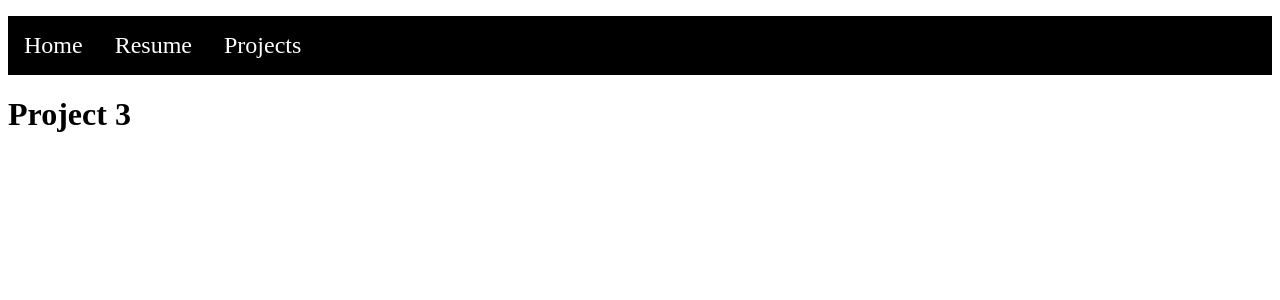
Repository: Artlepop/Artlepop.github.io
Page: project3.html
The author's editor kept a record of every edit. The page is drawn from the files as they stood at one moment, then again after the next edit.
The browser window is 1280 px wide. The pictures show the whole page.

Above is the page before.

### project3.html
<!DOCTYPE html>
<html>
  <head>
  <title>Home</title>
  <link rel="stylesheet" type="text/css" href="style.css">
  </head>
  <body>
    <ul class="navbar">
      <li><a href="index.html">Home</a></li>
      <li><a href="resume.html">Resume</a></li>
      <li class = "dropdown">
        <div>Projects</div>
        <ul class="dropdown-content">
          <li><a href="project1.html">Project 1</a></li>
          <li><a href="project2.html">Project 2</a></li>
          <li  class = "active"><a href="project3.html">Project 3</a></li>
        </ul>
      </li>
    </ul>
    <h1>Project 3</h1>
  </body>
</html>

### style.css
    .navbar{
      list-style: none;
      background-color: black;
      overflow: hidden;
      padding: 0;
    }

    .navbar a, .dropdown div{
      text-decoration: none;
      color: white;
      font-size: 24px;
      padding: 16px;
      display: inline-block;
    }

    .navbar li{
      float: left;
    }

    .navbar li:hover{
      background-color: purple;
    }

    a:Hover, div:Hover{
        color: black;
    }

    .dropdown-content{
      list-style: none;
      padding: 0;
      display: none;
      position: absolute;
      z-index: 1;
    }

    .dropdown-content li{
      float:none;
      background-color: purple;
    }

    .dropdown:hover .dropdown-content{
      display: block;
    }

    .active
    {
      background-color: purple;
    }

After the next edit:
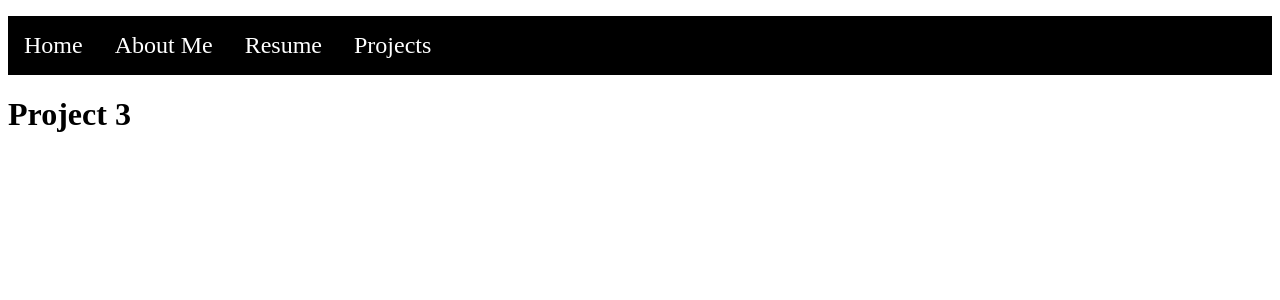
The edit:
--- a/project3.html
+++ b/project3.html
@@ -7,6 +7,7 @@
   <body>
     <ul class="navbar">
       <li><a href="index.html">Home</a></li>
+      <li><a href="aboutme.html">About Me</a></li>
       <li><a href="resume.html">Resume</a></li>
       <li class = "dropdown">
         <div>Projects</div>
